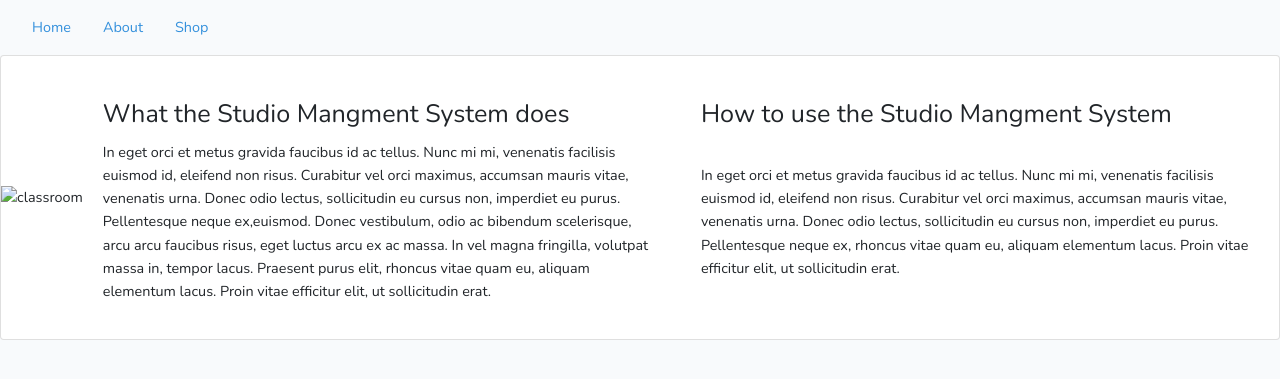
Repository: littae2/simplicite
Page: http://localhost/about
An editor plug-in stored every save of this project. The page is shown before and after the next save, followed by the edit.
The browser window is 1280 px wide. The pictures show the whole page.
Some web libraries are served in a nearby version. The page is served by the project's Laravel application, run on PHP 8.4 with Laravel 8.

Above is the page before, as saved 2021-08-13 13:56:10.

After the next save:
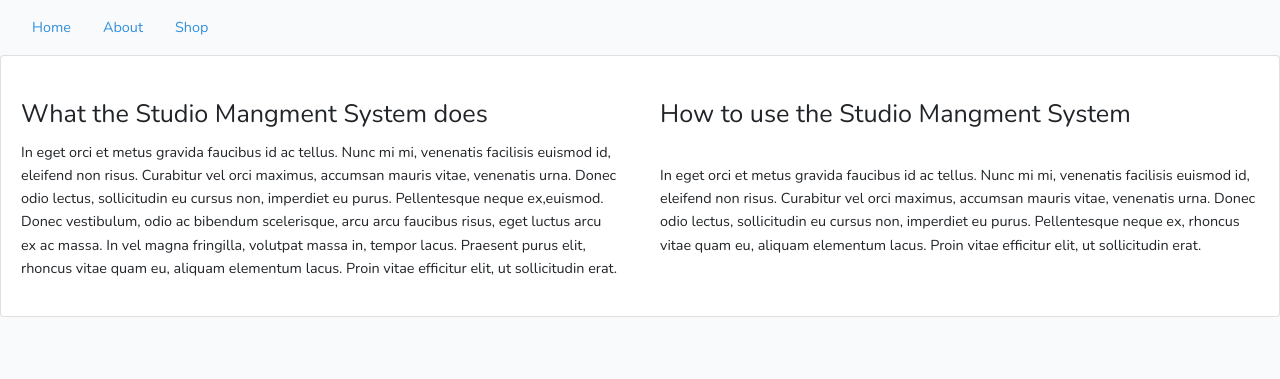
Saved 41 s later.
--- a/Project/resources/views/about/index.blade.php
+++ b/Project/resources/views/about/index.blade.php
@@ -10,7 +10,7 @@
 @endif -->
 
   <div class="card d-flex flex-row justify-content-between align-items-center w-90 home">
-    <img src="{{url('img/teaching.jpg')}}" alt="classroom" id="classImg">
+
     <div class="card-body w-25 ">
 
       <br>
